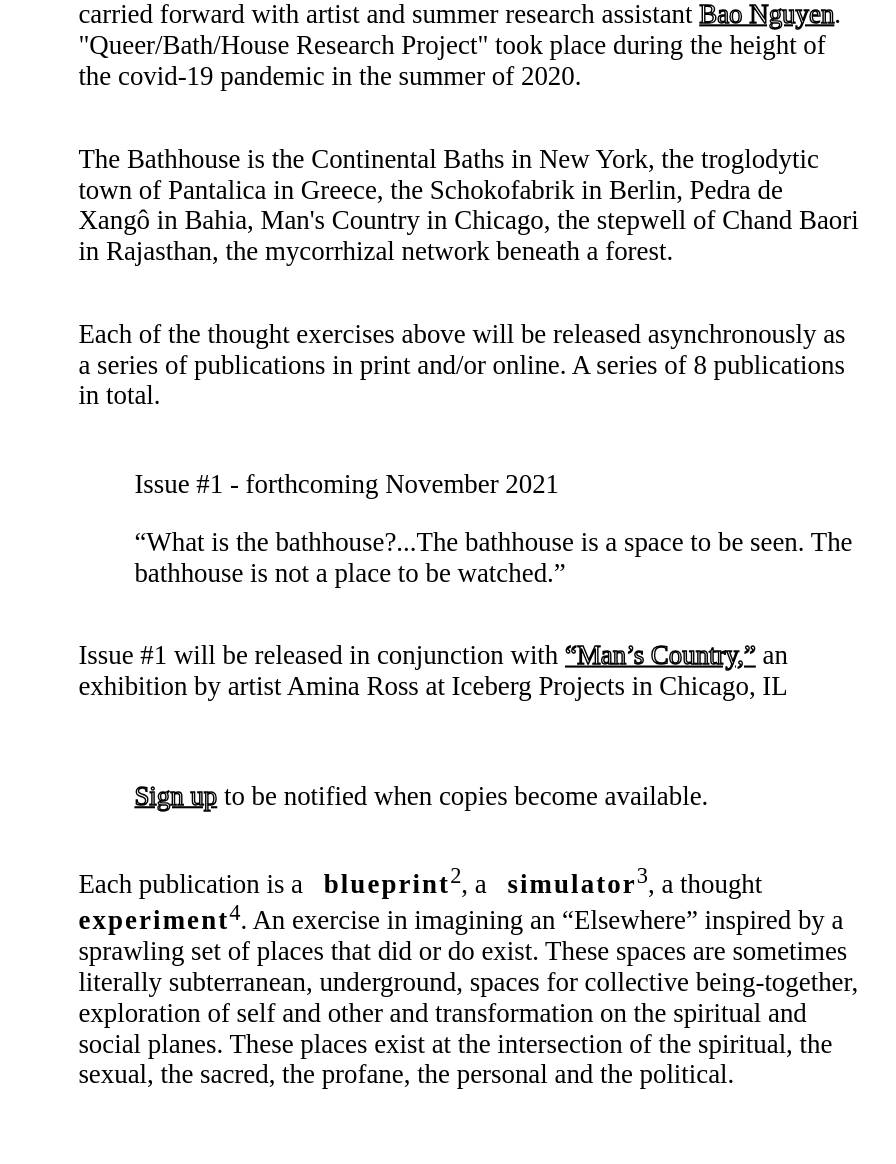
Repository: ayoungblood2/bathhouse.online
Page: index.html
These files come from the project's save history. The page is drawn as it stood at one moment and after the next save; the edit follows.
The browser window is 1280 px wide. The pictures show the part of the page from y = 2454 to 4374 px (the page is 4117 px tall before and 4374 px after), at 70% of full size.
An inner scrolling area shows only its first screen. Backgrounds fixed to the window are drawn as part of the page. Some web fonts or font styles are not loaded; a fallback is used.

Above is the page before, as saved 2021-10-16 17:20:57.
Not found: js/layout_main.js
Not found: js/three_main.js
Not found: style.css

### index.html
<!DOCTYPE html>
<html>

<head>
    <meta charset="UTF-8">
    <meta name="viewport" content="width=device-width, initial-scale=1.0, maximum-scale=1.0, user-scalable=no" />
    <title>bathhouse.online</title>
    <link rel="apple-touch-icon" sizes="180x180" href="/apple-touch-icon.png">
    <link rel="icon" type="image/png" sizes="32x32" href="/favicon-32x32.png">
    <link rel="icon" type="image/png" sizes="16x16" href="/favicon-16x16.png">
    <link rel="manifest" href="/site.webmanifest">
    <link rel="stylesheet" href="style.css">
    <script src="http://code.jquery.com/jquery-1.12.0.min.js"></script>
    <link rel='dns-prefetch' href='//ajax.googleapis.com' />
    <meta name="keywords" content="Amina Ross, Avery Youngblood">
    <meta name="author" content="Avery Youngblood">
    <script type="text/javascript" src="./js/layout_main.js"></script>
    <script type="text/javascript" src="./js/three_main.js"></script>

    <style>
        @font-face {
            font-family: Avenir Next Heavy;
            src: url(fonts/AvenirNext.ttc);
        }

        body,
        html {
            height: 100%;
            width: 100%;
            margin: 0;
            overflow-x: hidden;
        }

        *,
        *:before,
        *:after {
            box-sizing: inherit;
        }

        .bg {

            /* background-image: url('images/20211010224425098.gif'); */


            /* Full height */
            height: 100%;

            /* Center and scale the image nicely */
            background-position: center;
            background-repeat: no-repeat;
            background-size: cover;
            position: relative;
            top: 0;
            left: 0;

            /* padding: 100px; */

            font-family: "Avenir Next Heavy";

        }




        .txt {
            position: absolute;
            top: 60px;
            left: 80px;
            font-family: "Avenir Next Heavy";
        }

        h1 {
            font-size: 10vw;
            text-align: center;
        }

        p {
            font-size: 3vw;
        }

        .parallax {
            /* The image used */
            background-image: url('images/20211010224425098.gif');

            /* Full height */
            height: 100%;

            /* Create the parallax scrolling effect */
            background-attachment: fixed;
            background-position: center;
            background-repeat: no-repeat;
            background-size: cover;
        }

        .container {
            padding: 10px;
            width: 2em;
        }

        .item {
            width: 50%;
            width: fit-content;
            padding: 5px;
            margin-bottom: 1em;
        }


        @media only screen and (max-width:900px) {
            h1 {
                font-size: 8vw;
            }

            .bg {
                padding: 0px;
            }

            p {
                font-size: 2vw;
            }
        }

        .top {
            padding: 1em;
            /* display: grid; */
            /* grid-gap: 3em; */
            grid-template-columns: repeat(1, 250px);
        }

        .quote {
            padding: 1em;
            /* border-radius: .3em; */
            /* box-shadow: 10px 10px 30px rgba(0, 0, 0, 0.1); */
        }

        p {
            margin-top: 0;
            margin-right: 20px;
            font-size: 3vw;
        }

        span {
            font-weight: bold;
            position: relative;
            margin-left: 20px;
        }

        :before {
            content: '';
            position: fixed;
            height: 1px;
            width: 20px;
            /* border-bottom: 1px solid black; */
            top: 20px;
        }




        @media(min-width:950px) {
            .top {
                grid-template-columns: repeat(2, 250fr);
            }
        }

        .tab {
            margin-left: 80px;
        }

        footer {
            margin-top: 50px;
            border-top: 5px solid black;
            font-size: 2vw;
        }

        footer ol {
            padding-left: 20px;
        }

        /**
 * Initialiazing a `footnotes` counter on the wrapper
 */
        article {
            counter-reset: footnotes;
        }

        /**
 * Inline footnotes references
 * 1. Increment the counter at each new reference
 * 2. Reset link styles to make it appear like regular text
 */
        [aria-describedby="footnote-label"] {
            counter-increment: footnotes;
            /* 1 */
            text-decoration: none;
            /* 2 */
            color: inherit;
            /* 2 */
            cursor: default;
            /* 2 */
            outline: none;
            /* 2 */
        }

        /**
 * Actual numbered references
 * 1. Display the current state of the counter (e.g. `[1]`)
 * 2. Align text as superscript
 * 3. Make the number smaller (since it's superscript)
 * 4. Slightly offset the number from the text
 * 5. Reset link styles on the number to show it's usable
 */
        [aria-describedby="footnote-label"]::after {
            content: '['counter(footnotes) ']';
            /* 1 */
            vertical-align: super;
            /* 2 */
            font-size: 0.5em;
            /* 3 */
            margin-left: 2px;
            /* 4 */
            color: blue;
            /* 5 */
            text-decoration: underline;
            /* 5 */
            cursor: pointer;
            /* 5 */
        }

        /**
 * Resetting the default focused styles on the number
 */
        [aria-describedby="footnote-label"]:focus::after {
            outline: thin dotted;
            outline-offset: 2px;
        }

        [aria-label="Back to content"] {
            font-size: 0.8em;
        }

        /**
 * Highlight target note
 */
        footer :target {
            background: yellow;
        }

        /**
 * Visually hidden yet accessible content
 */
        .visually-hidden {
            position: absolute;
            clip: rect(0 0 0 0);
            visibility: hidden;
            opacity: 0;
        }
    </style>

<body>


    <div class="parallax"></div>

    <div class="bg"></div>

    <div class="txt">

        <h1>bathhouse.online</h1>



        <div class="top">
            <div class="quote">

                <p style="font-size: 5vw;">

                    The bathhouse is safe. <br>The bathhouse is not secure.<br><br>
                    The bathhouse is a space to be seen. <br>The bathhouse is not a place to be watched.<br><br>
                    The bathhouse is sensual. <br>The bathhouse is not unspiritual.<br><br>
                    The bathhouse is a space for meaningful work. <br>The bathhouse is not a workplace.<br><br>
                    The bathhouse is a technology. <br>The bathhouse is not a machine.<br><br>
                    The bathhouse is immersive. <br>The bathhouse is not without a body.<br><br>
                    The bathhouse is sweating. <br>The bathhouse is not drained.<br><br>
                    The bathhouse is gone. <br>The bathhouse is not over.<br>
                </p>

                <br>

                <p>
                    “The Bathhouse” is a yet-to-exist space, generated through a set of (false)<span
                        style="letter-spacing: 3px;"><a href="#footnotes" aria-describedby="footnote-label" id="footnotes-ref">dichotomies</a></span><sup>1</sup>,
                    core questions, reflections and exercises. The characteristics of The Bathhouse are drawn from the
                    "Queer/Bath/House Research Project" - A research project conceived of by <a
                        style="color: white; -webkit-text-stroke: 2px black;" href=aminaross.com>Amina
                        Ross</a>, carried forward with artist and summer research assistant <a
                        style="color: white; -webkit-text-stroke: 2px black;" href=https://nguyenbao.myportfolio.com>
                        Bao Nguyen</a>. "Queer/Bath/House Research Project" took place during the
                    height of the covid-19 pandemic in the summer of 2020.

                </p>
                <br> <br>
                <p>
                    The Bathhouse is the Continental Baths in New York, the troglodytic town of Pantalica in Greece, the
                    Schokofabrik in Berlin, Pedra de Xangô in Bahia, Man's Country in Chicago, the stepwell of Chand
                    Baori in Rajasthan, the mycorrhizal network beneath a forest.


                </p>
                <br> <br>
                <p>
                    Each of the thought exercises above will be released asynchronously as a series of publications in
                    print and/or online. A series of 8 publications in total.<br><br>
                <p class="tab">Issue #1 - forthcoming November 2021</p>
                <p class="tab">“What is the bathhouse?...The bathhouse is a space to be seen. The bathhouse is not a
                    place to be
                    watched.”</p>
                </p>
                <br> <br>
                <p>
                    Issue #1 will be released in conjunction with <a
                        style="color: white; -webkit-text-stroke: 2px black;" href=https://icebergchicago.com>“Man’s
                        Country,”</a> an exhibition by artist Amina Ross at Iceberg Projects in Chicago, IL
                </p>
                <br> <br>
                <p>

                <p class="tab"><a style="color: white; -webkit-text-stroke: 2px black;"
                        href=https://forms.gle/NMAofWzGxNe4W74i9>Sign up</a> to be notified when copies become
                    available.</p>

                </p>
                <br> <br>
                <p>
                    Each publication is a <span style="letter-spacing: 3px;">blueprint</span><sup>2</sup>, a <span
                        style="letter-spacing: 3px;">simulator</span><sup>3</sup>, a thought <span
                        style="letter-spacing: 3px;">experiment</span><sup>4</sup>. An exercise in imagining an
                    “Elsewhere” inspired by a sprawling set of places that did or do exist. These spaces are sometimes
                    literally subterranean, underground, spaces for collective being-together, exploration of self and
                    other and transformation on the spiritual and social planes. These places exist at the intersection
                    of the spiritual, the sexual, the sacred, the profane, the personal and the political.

                </p>
                <br> <br>

            </div>


        </div>

    </div>

    <footer>

        <ol>
            <li id="footnotes"><a style="-webkit-text-stroke: 2px black;"
                    href=https://www.lexico.com/en/definition/dichotomy>“a division or contrast between two things that
                    are or are represented as
                    being opposed or entirely different.”</a>
            </li>

            <li id="css"><a style="-webkit-text-stroke: 2px black;"
                    href=https://www.merriam-webster.com/dictionary/blueprint#:~:text=Blueprint%20%7C%20Definition%20of%20Blueprint%20by%20Merriam%2DWebster>"
                    a photographic print in white on a bright blue ground or blue on a white ground
                    used especially for copying maps, mechanical drawings, and architects' plans"</a>
            </li>

            <li id="css-counters"><a style="-webkit-text-stroke: 2px black;"
                href=https://www.merriam-webster.com/dictionary/simulator>"a device that enables the operator to reproduce or represent under test
                conditions phenomena likely to occur in actual performance"</a>
            </li>
        </ol>
    </footer>


</body>

<script>
    $(function () {
        var previousScroll = 0;
        $(window).scroll(function (event) {
            var scroll = $(this).scrollTop();
            var heading = $('.parallax');

            if (scroll > 600) {
                console.log('scrolling down');
                heading.fadeIn("slow", function () {
                    heading.css('opacity', '0.4');
                });
            } else {
                heading.fadeIn("slow", function () {
                    heading.css('opacity', '1');
                });
            }
            previousScroll = scroll;
        });
    })
</script>
</head>

</html>

After the next save:
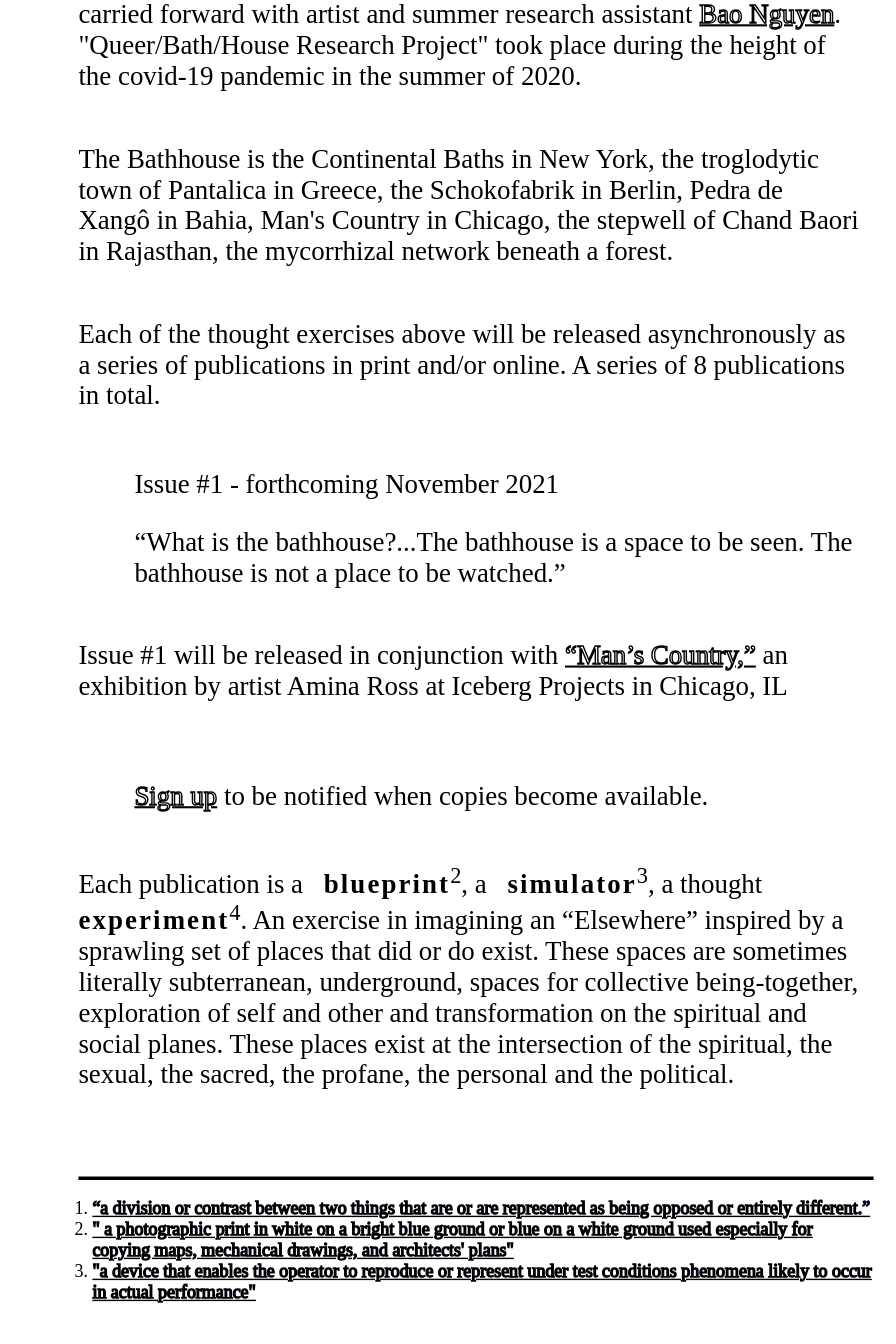
Saved 18 s later.
--- a/index.html
+++ b/index.html
@@ -342,34 +342,36 @@
                 </p>
                 <br> <br>
 
+
+                <footer>
+
+                    <ol>
+                        <li id="footnotes"><a style="-webkit-text-stroke: 2px black;"
+                                href=https://www.lexico.com/en/definition/dichotomy>“a division or contrast between two things that
+                                are or are represented as
+                                being opposed or entirely different.”</a>
+                        </li>
+
+                        <li id="css"><a style="-webkit-text-stroke: 2px black;"
+                                href=https://www.merriam-webster.com/dictionary/blueprint#:~:text=Blueprint%20%7C%20Definition%20of%20Blueprint%20by%20Merriam%2DWebster>"
+                                a photographic print in white on a bright blue ground or blue on a white ground
+                                used especially for copying maps, mechanical drawings, and architects' plans"</a>
+                        </li>
+
+                        <li id="css-counters"><a style="-webkit-text-stroke: 2px black;"
+                            href=https://www.merriam-webster.com/dictionary/simulator>"a device that enables the operator to reproduce or represent under test
+                            conditions phenomena likely to occur in actual performance"</a>
+                        </li>
+                    </ol>
+                </footer>
+
+
             </div>
 
 
         </div>
 
     </div>
-
-    <footer>
-
-        <ol>
-            <li id="footnotes"><a style="-webkit-text-stroke: 2px black;"
-                    href=https://www.lexico.com/en/definition/dichotomy>“a division or contrast between two things that
-                    are or are represented as
-                    being opposed or entirely different.”</a>
-            </li>
-
-            <li id="css"><a style="-webkit-text-stroke: 2px black;"
-                    href=https://www.merriam-webster.com/dictionary/blueprint#:~:text=Blueprint%20%7C%20Definition%20of%20Blueprint%20by%20Merriam%2DWebster>"
-                    a photographic print in white on a bright blue ground or blue on a white ground
-                    used especially for copying maps, mechanical drawings, and architects' plans"</a>
-            </li>
-
-            <li id="css-counters"><a style="-webkit-text-stroke: 2px black;"
-                href=https://www.merriam-webster.com/dictionary/simulator>"a device that enables the operator to reproduce or represent under test
-                conditions phenomena likely to occur in actual performance"</a>
-            </li>
-        </ol>
-    </footer>
 
 
 </body>
